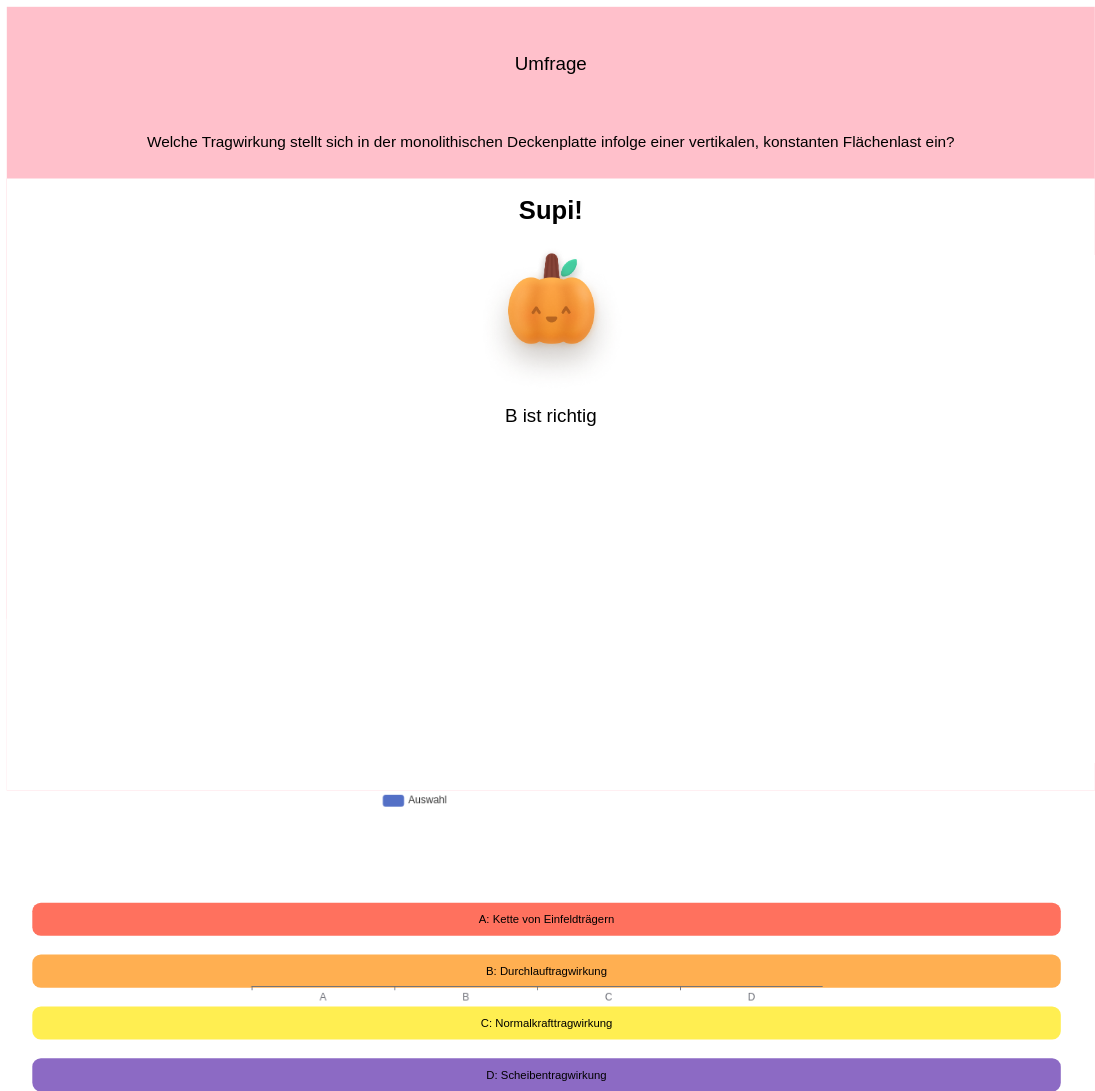
Repository: HyunraDate/Quinlan
Page: /Ergebnis1
The author's editor kept a copy of each file at every save. The page is drawn from the files as they stood at one save, then again after the next save.
The browser window is 1280 px wide. The page is 1288 px wide, so the pictures cover 1288 px, including what lies to the right of the window. The pictures show the whole page, at 85% of full size.
The page's requests for data from a server got no answer. The project was rebuilt for these pictures with package versions that can differ from the ones it lists, and the page was loaded fresh each time. No one was signed in, and anything a server would have sent is missing. Also part of the build but not shown: vite.config.js, src/views/Ergebnis2.vue, src/views/Erklaerung.vue.

Above is the page before, as saved 2023-07-25 14:24:02.

### index.html
<!DOCTYPE html>
<html lang="en">
  <head>
    <meta charset="UTF-8" />
    <link rel="icon" type="image/svg+xml" href="/vite.svg" />
    <meta name="viewport" content="width=device-width, initial-scale=1.0" />
    <title>Vite + Vue</title>
  </head>
  <body>
    <div id="app"></div>
    <script type="module" src="/src/main.js"></script>
    <script
    src="https://cdnjs.cloudflare.com/ajax/libs/echarts/5.4.1/echarts.min.js"
    integrity="sha512-OTbGFYPLe3jhy4bUwbB8nls0TFgz10kn0TLkmyA+l3FyivDs31zsXCjOis7YGDtE2Jsy0+fzW+3/OVoPVujPmQ=="
    crossorigin="anonymous"
    referrerpolicy="no-referrer">
    </script>

  </body>
</html>

### src/main.js
import { createApp } from 'vue'
// import './style.css'
import './utils/rem'
import App from './views/FragePage.vue'
import router from './router'
import * as echarts from 'echarts/core'

const app=createApp(App)//用const = 去挂载
app.use(router) //要先use哦
app.provide("ec", echarts);

// app.config.globalProperties.$axios = axios.create({
//     baseURL: 'http://localhost:8000', // 设置axios的基本URL
//     headers: {
//     // 设置axios请求的头部信息
//     }
// });

//createApp(app).mount('#app')
app.mount('#app')

### src/utils/rem.js
//rem等比适配配置文件
// 基准大小
const baseSize = 16
// 设置 rem 函数
function setRem () {
        // 当前页面宽度相对于 1920宽的缩放比例，可根据自己需要修改。
    const scale = document.documentElement.clientWidth / 1920
    // 设置页面根节点字体大小（“Math.min(scale, 2)” 指最高放大比例为2，可根据实际业务需求调整）
    document.documentElement.style.fontSize = baseSize * Math.min(scale, 2) + 'px'
    // 初始化
    setRem()
    // 改变窗口大小时重新设置
    rem.window.onresize = function () { setRem() }
}

### src/views/FragePage.vue
<!-- <template>
    <div>
    <div class="flex-col page">
        <div class="flex-col items-center">
          span class="font_1">Umfrage</span>
      <br/>

      <body onload="run()">
        wird in <span id="spanId" style="color:#FE9637">60</span>Sekunden springen!
      </body>
    </div>
</template> -->
<script>
// import { useStore } from '@store/index'
// //先引入useRouter
// import { useRouter } from 'vue-router'

// export default {
//   const store = useStore()
//   const router = useRouter()
//   //通过定义一个方法，使用Router进行跳转
//   const test =()=>
//   router.push()
// }

// import { useRouter , useRoute } from 'vue-router'

// setup(){
//     const $router=useRouter()
//     const $route=useRoute()

//     // 对象 $router.push()可以向history对象添加新记录
//     $router.push({ path: 'Ergebnis1' })
// }


// return {
//   store,
//   //这里暴露test方法
//   test
// }
// 页面一加载完成，该方法就会执行
// 读秒，一秒钟数字改变一次

// export default { 唔可以系setup度用
//   methods: {
//     scrollTo(target) {
//       const element = this.$refs[target];
//       element.scrollIntoView({ behavior: 'smooth' });
//     }
//   }
// }

var x = 60;
var select = "Step3.html";

function run(){
  // 获取到的是span标签的对象
  var span = document.getElementById("spanId");
  // 获取span标签中间的文本
  span.innerHTML = x;
  x--;
  // 再让run方法执行呢，一秒钟执行一次
  if(x < 0)window.location = select;
  else window.setTimeout("run()", 1000);

};

function test(click){
  select = click;
}

export default {
  data() {
    return {
      isDisabled: false,
      showButton: true,
    };
  },
  //Falls du die Btns nicht zeigen möchtest
  // beforeRouteEnter(to, from, next) {
  //   next(vm => {
  //     vm.showButton = false
  //   })
  // },
  // mounted() {
  //   // 在页面加载时显示按钮
  //   this.showButton = true;
  // },
  // beforeDestroy() {
  //   // 在页面销毁之前隐藏按钮
  //   this.showButton = false;
  // },

  methods:{
    option1:function(){
      console.log(this.$router);
      // this.$router.plus('/') 这里跳转不了欸
      //this.$router.push({path:"/"}) //传入对象 但也跳转不了欸 push!唔系plus啊死蠢！
      //this.showButton = false;

      //带参数
      this.$router.push({path:'/Ergebnis1'}) //成功跳转了！！okok!!
      //this.$router.push({name:"almond",params:{id:Chocolat}}) //传参 这里传不到欸 // 试一下传right
      },

      option2:function(){
        console.log(this.$router);
        //this.showButton = false; //hier zeigt die Button nicht mehr, wie du möchtest

        //带参数
        this.$router.push({path:'/Ergebnis2'}) //成功跳转了！！okok!!
        //如果要动态传参

        //this.$router.push({name:"Ergebnis2",params:{id:A}}) //传参 这里传不到欸 // 试一下传worong
      },

      onClick() {
        // 在点击事件监听器中禁用按钮
        this.isDisabled = true;
        // 在每个按钮上使用 v-bind:disabled 指令，将其值绑定为 isDisabled，
        //当 isDisabled 为 true 时，按钮将被禁用。
        console.log("Button clicked")
      },
  },


}
</script>

<template>
<body >
<div>
  <!-- <div class="flex-col page"> </div>  太占位啦！-->
    <div class="flex flex-col items-center">
    <br/><br/><br/>
    <span class="font_1">Umfrage</span>
    <!--style="{
      margin: 0;
      font-size: 1.38rem;
      font-family: Inter;
      line-height: 1.63rem;
      color: #000000;
      font-family: 'Work Sans', sans-serif;
      text-align: center;
      }"-->
    <br/><br/>
    <!-- <br/><br/> -->
    <span class="text">
    Welche Tragwirkung stellt sich in der monolithischen Deckenplatte infolge einer vertikalen, konstanten
    Flächenlast ein?
    <br/>
    </span>
  <router-view/>

<!-- onload="run()" 这里加载不了 这个onload function欸-->
<!-- wird in <span id="spanId" style="color:#FE9637">60</span>Sekunden springen! -->
</div>



<!-- 要页面跳转了
1、 router-link: <router-link to='/testDemo'>
                <button>点击跳转2</button>
                </router-link>

2、 this.$router.push('/a')
3、 get params ->  console.log(this.$route.params.a); -->
<div class="flex-col group space-y-22">

  <!-- <router-link to="Ergebnis2"><button class="flex-col justify-start items-center text-wrapper " type="submit">A: Kette von Einfeldträgern</button></router-link> -->
  <!-- <button class="flex-col justify-start items-center text-wrapper " type="submit" a href="Step3.html">A: Kette von Einfeldträgern</button> -->


  <!-- <router-link to="Ergebnis1"><button class="flex-col justify-start items-center text-wrapper_2 " type="submit">B: Durchlauftragwirkung</button></router-link> -->

  <!-- <router-link to="Ergebnis2"><button class="flex-col justify-start items-center text-wrapper_3" type="button">C: Normalkrafttragwirkung</button>
  </router-link> -->
<button v-on:click="onClick" :disabled="isDisabled" v-if="showButton" id ="A" class="flex-col justify-start items-center text-wrapper " type="submit" @click="option2">A: Kette von Einfeldträgern</button>

<button v-on:click="onClick" :disabled="isDisabled" v-if="showButton" id ="B" class="flex-col justify-start items-center text-wrapper_2" type="button" @click="option1">B: Durchlauftragwirkung</button>

<button v-on:click="onClick" :disabled="isDisabled" v-if="showButton" id ="C" class="flex-col justify-start items-center text-wrapper_3" type="button" @click="option2">C: Normalkrafttragwirkung</button>

<button v-on:click="onClick" :disabled="isDisabled" v-if="showButton" id ="D" class="flex-col justify-start items-center text-wrapper_4" type="button" @click="option2">D: Scheibentragwirkung</button>
</div>
</div>

</body>
</template>

<style scoped>
@import url("../css/halloween.css"); /*src = . */
/* .font_1{ /* didnt work
  position: center;
  } */

/*
使用深度选择器来写使样式生效。
有两种写法：

.a >>> .b {}
.a /deep/ .b
当你子组件使用了 scoped 但在父组件又想修改子组件的样式可以 通过 >>> 来实现：

<style scoped>
.a >>> .b { /* ...


将会编译成
.a[data-v-f3f3eg9] .b {
  /* ... */

</style>

### src/css/halloween.css
/* 语法 @media mediaType and|not|only (media feature) {
  /*CSS-Code;*/
  /* 3、css中的vh和vm
  vh和vm是相对视口区域的宽高，即浏览器可视区域

  vw：1vw等于视口宽度的1%。
  vh：1vh等于视口高度的1%。

  使用场景：页面头部和尾部固定，中间内容若高度超出，则出现滚动条，但是整个页面不出现滚动条，
  在此情况下就要计算中间内容的高度，可以使用vh解决 */

  /* :root { why didnt work??
  font-family: 'Work Sans', sans-serif;
  line-height: 1.5;
  font-weight: 400;

  color-scheme: light dark;
  color: rgba(255, 255, 255, 0.87);
  background-color: #242424;

  font-synthesis: none;
  text-rendering: optimizeLegibility;
  -webkit-font-smoothing: antialiased;
  -moz-osx-font-smoothing: grayscale;
  -webkit-text-size-adjust: 100%;
  } */

  /* // 最大宽度为1280 （width-max: 1280）*/
@media (width: 100vw) {
  html {
    font-size: 1.88rem;
    font-weight: 500;
    font-family: 'Work Sans', sans-serif;
  }

  body {
    background: pink;
    height:100vh;
    margin: 0;
    -webkit-font-smoothing: antialiased;
    -moz-osx-font-smoothing: grayscale;

  }

  body * {
    box-sizing: border-box;
    flex-shrink: 0;
  }

  button {
    border-width: 0px;
    border-radius: 0.63rem;
  }
  button:hover{
    border:2px solid #FE9637;
    box-shadow:rgba(251, 161, 72, 0.66) 0 0 5px;
    transition:all .2s;
  }
  .flex-row {
    display: flex;
    flex-direction: row;
  }

  .flex-col {
    display: flex;
    flex-direction: column;
  }

  .justify-start {
    justify-content: flex-start;
  }

  .justify-end {
    justify-content: flex-end;
  }

  .justify-center {
    justify-content: center;
  }

  .justify-between {
    justify-content: space-between;
  }

  .justify-around {
    justify-content: space-around;
  }

  .justify-evenly {
    justify-content: space-evenly;
  }

  .items-start {
    align-items: flex-start;
  }

  .items-end {
    align-items: flex-end;
  }

  .items-center {
    align-items: center;
  }

  .items-baseline {
    align-items: baseline;
  }

  .items-stretch {
    align-items: stretch;
  }

  .self-start {
    align-self: flex-start;
  }

  .self-end {
    align-self: flex-end;
  }

  .self-center {
    align-self: center;
  }

  .self-baseline {
    align-self: baseline;
  }

  .self-stretch {
    align-self: stretch;
  }

  .flex-1 {
    flex: 1 1 0%;
  }

  .flex-auto {
    flex: 1 1 auto;
  }

  .grow {
    flex-grow: 1;
  }

  .grow-0 {
    flex-grow: 0;
  }

  .shrink {
    flex-shrink: 1;
  }

  .shrink-0 {
    flex-shrink: 0;
  }

  .relative {
    position: relative;
  }

  /* .page {
    padding: 8.63rem 3.38rem 16.31rem 4rem;
    background-color: #ffffff;
    width: 100%;
    overflow-y: auto;
    overflow-x: hidden;
    height: 100%;
  } */
  .font_1 {
    font-size: 3.38rem;
    font-family: Inter;
    line-height: 1.63rem;
    color: #000000;
    font-family: 'Work Sans', sans-serif;
    text-align: center;
  }

  .text {
    margin: 2rem;
    color: #000000;
    font-size: 1.13rem;
    font-family: Inter;
    line-height: 1.38rem;
    text-align: center;
    font-family: 'Work Sans', sans-serif;
  }
  .group {
    margin-top: 8.25rem;
    padding: 0 1.88rem;
  }
  .space-y-22 > *:not(:first-child) {
    margin-top: 1.38rem;
  }
  .text-wrapper {
    margin-right: 0.63rem;
    padding: 0.75rem 0;
    background-color: #FF715E;
  }
  .font_2 {
    font-size: 1rem;
    font-family: Inter;
    line-height: 0.97rem;
    color: #000000;
    font-family: 'Work Sans', sans-serif;
  }
  .text-wrapper_2 {
    margin-right: 0.63rem;
    padding: 0.75rem 0;
    background-color: #ffaf51;
    outline: none;
  }
  .text-wrapper_3 {
    margin-right: 0.63rem;
    padding: 0.75rem 0;
    background-color: #FFEE51;
  }
  .text-wrapper_4 {
    margin-right: 0.63rem;
    padding: 0.75rem 0;
    background-color: #8C6AC4;
  }
}
/* // 200px为头部加尾部高度 */


  /* // 宽度为1281-1366之间
@media (min-width: 1281px) and (max-width: 1366px) {
  body {
    background: red;
  }
}

/* // 最小宽度为1441  */
/* @media (min-width: 1441px) {
  body {
    background: green;
  }
} */


html {
  font-size: 1.88rem;
  font-weight: 500;
  font-family: 'Work Sans', sans-serif;
}

body {
  margin: 0;
  -webkit-font-smoothing: antialiased;
  -moz-osx-font-smoothing: grayscale;
  width: 100vw;
  height: 100vh;
}

body * {
  box-sizing: border-box;
  flex-shrink: 0;
}

button {
  border-width: 0px;
  border-radius: 0.63rem;
}
button:hover{
  border:2px solid #FE9637;
  box-shadow:rgba(251, 161, 72, 0.66) 0 0 5px;
  transition:all .2s;
}
.flex-row {
  display: flex;
  flex-direction: row;
}

.flex-col {
  display: flex;
  flex-direction: column;
}

.justify-start {
  justify-content: flex-start;
}

.justify-end {
  justify-content: flex-end;
}

.justify-center {
  justify-content: center;
}

.justify-between {
  justify-content: space-between;
}

.justify-around {
  justify-content: space-around;
}

.justify-evenly {
  justify-content: space-evenly;
}

.items-start {
  align-items: flex-start;
}

.items-end {
  align-items: flex-end;
}

.items-center {
  align-items: center;
}

.items-baseline {
  align-items: baseline;
}

.items-stretch {
  align-items: stretch;
}

.self-start {
  align-self: flex-start;
}

.self-end {
  align-self: flex-end;
}

.self-center {
  align-self: center;
}

.self-baseline {
  align-self: baseline;
}

.self-stretch {
  align-self: stretch;
}

.flex-1 {
  flex: 1 1 0%;
}

.flex-auto {
  flex: 1 1 auto;
}

.grow {
  flex-grow: 1;
}

.grow-0 {
  flex-grow: 0;
}

.shrink {
  flex-shrink: 1;
}

.shrink-0 {
  flex-shrink: 0;
}

.relative {
  position: relative;
}

.page {
  padding: 8.63rem 3.38rem 16.31rem 4rem;
  background-color: #ffffff;
  width: 100%;
  overflow-y: auto;
  overflow-x: hidden;
  height: 100%;
}
.font_1 {
  font-size: 1.38rem;
  font-family: Inter;
  line-height: 1.63rem;
  color: #000000;
  font-family: 'Work Sans', sans-serif;
}
.text {
  margin-top: 2rem;
  color: #000000;
  font-size: 1.13rem;
  font-family: Inter;
  line-height: 1.38rem;
  text-align: center;
  font-family: 'Work Sans', sans-serif;

}
.group {
  margin-top: 8.25rem;
  padding: 0 1.88rem;
}
.space-y-22 > *:not(:first-child) {
  margin-top: 1.38rem;
}
.text-wrapper {
  margin-right: 0.63rem;
  padding: 0.75rem 0;
  background-color: #FF715E;
}
.font_2 {
  font-size: 1rem;
  font-family: Inter;
  line-height: 0.97rem;
  color: #000000;
  font-family: 'Work Sans', sans-serif;
}
.text-wrapper_2 {
  margin-right: 0.63rem;
  padding: 0.75rem 0;
  background-color: #ffaf51;
  outline: none;
}
.text-wrapper_3 {
  margin-right: 0.63rem;
  padding: 0.75rem 0;
  background-color: #FFEE51;
}
.text-wrapper_4 {
  margin-right: 0.63rem;
  padding: 0.75rem 0;
  background-color: #8C6AC4;
}

### src/views/Ergebnis1.vue
<template>
  <html lang="en">
    <!-- <head>
    <meta charset="UTF-8" />
    <meta http-equiv="X-UA-Compatible" content="IE=edge" />
    <meta name="viewport" content="width=device-width, initial-scale=1.0" />
    <title>codefun</title>
    <link rel="stylesheet" href="./Step3.Ai.css" /> -->

    <!-- 需要需要！ 就算——我在main.js已经import了echarts了
    <script src="node_modules/echarts/dist/echarts.min.js"></script>
    <script src="https://cdnjs.cloudflare.com/ajax/libs/echarts/5.4.1/echarts.min.js"
    integrity="sha512-OTbGFYPLe3jhy4bUwbB8nls0TFgz10kn0TLkmyA+l3FyivDs31zsXCjOis7YGDtE2Jsy0+fzW+3/OVoPVujPmQ=="
    crossorigin="anonymous"
    referrerpolicy="no-referrer"></script>

  </head>-->
    <body>
      <div class="flex-col items-center page">
        <span class="text">Supi!</span>
        <img src="../images/right.png" img class="image" @click="goPage" />
        <span class="text_2">B ist richtig</span>
      </div>

      <!--为Chart准备定义了宽高的DOM-->
      <!-- <div class="echartsBox" ref="echartsBox"> 初始化Echarts 峰华老师的方法 使用props传参 -->
      <div
        id="myEcharts"
        ref="echartsBox"
        :style="// muss hier id & ref gleich?
        {
          width: '75%',
          height: '300px',
          // margin: auto,
          // display: flex,
          // justify-content: center,
          // align-items: center
        }"
      >
        <!-- //<canvas data-zr-dom-id="zr_0" //报错了
      // width:"293px",
      // height:"422px",
      // position: absolute,
      // left: "0px",
      // top: "0px",
      // user-select: none,
      // -webkit-tap-highlight-
      // color: rgba(0, 0, 0, 0),
      // padding: "0px",
      // margin: "0px",
      // border-width: "0px">
      width: '75%',
      height: '100%',
      margin: 0,</canvas> -->
      </div>
    </body>
  </html>

  <!-- <div> -->
  <!-- <a href="../views/Erklaerung.vue" target="_blank"> -->
  <!-- <img src="../images/right.png" class="richtig" alt="Vite logo" @click="goPage"/> -->
  <!-- </a> -- Vue不用a标签的>
    <a href="https://vuejs.org/" target="_blank">
      <img src="../assets/vue.svg" class="logo vue" alt="Vue logo" />
    </a> -->
  <!-- </div> -->
  <!-- <HelloWorld msg="Vite + Vue" /> -->
</template>

<script>
import * as echarts from "echarts";
import { reactive, ref, onMounted, onUnmounted, nextTick } from "vue";
import axios from "axios";

export default {
  methods: {
    goPage: function () {
      console.log(this.$router);
      // this.$router.plus('/') 这里跳转不了欸
      //this.$router.push({path:"/"}) //传入对象 但也跳转不了欸 push!唔系plus啊死蠢！

      //带参数
      this.$router.push({ path: "/Erklaerung" }); //成功跳转了！！okok!!
      //this.$router.push({name:"almond",params:{id:Chocolat}}) //传参 这里传不到欸
    },
  },

  setup() {
    let chart;

    var state = reactive({
      data: [], //这里定义了data的类型是array
      dataType: "json", //返回数据形式为json but didnt work?
      option: {
        // title: {
        //   text: "Umfrage",
        //   color: "#FE9637",
        // },
        tooltip: {},
        legend: {
          //data: ["Auswahl"],
          //series里面有name值， legend里面的data可以删掉
        },
        grid: {
          left: "30%",
          top: "10%",
          right: "auto", //ok了！？
          // left: left,
          // top: top,
          // right: 'auto',
          // bottom: 'auto',
          containLebel: true, //显示刻度，不显示就false
        },

        style: {
          width: "75%",
          height: "100%",
          margin: 0,
          //到底写在哪里啊style@media
        },

        xAxis: {
          type: "category",
          data: ["A", "B", "C", "D"],
        },
        yAxis: {
          type: "value",
          //data: state.values, 这里不显示的 要在下面series显示
        },
        series: [
          {
            name: "Auswahl",
            type: "bar",
            data: [],
            //If 传的是Proxy对象，proxy代理了Child对象，所以我们访问的是proxy代理对象的自身属性，因此不需要.value
            //ref的值在 JS/TS 中读取和修改时，需要使用 .value获取，在模版中读取是，不需要使用 .value
            itemStyle: {
              //通常情况下：
              normal: {
                //每个柱子的颜色即为colorList数组里的每一项，如果柱子数目多于colorList的长度，则柱子颜色循环使用该数组
                color: function (params) {
                  var colorList = [
                    "#ff715e",
                    "#ffaf51",
                    "#ffee51",
                    "#8c6ac4",
                    "#715c87",
                  ];
                  return colorList[params.dataIndex];
                },
              },
              //鼠标悬停时：
              emphasis: {
                shadowBlur: 10,
                shadowOffsetX: 0,
                shadowColor: "rgba(251, 161, 72, 0.66)",
              },
            },
          },
        ],
      },
    });

    /// 声明定义一下echart
    let echart = echarts;

    onMounted(() => {
      initChart(); //initChart报错惹
      axios
        .get("http://localhost:8000/question1")
        .then((res) => {
          // state.data = res.data;
          state.option.series[0].data = res.data;
          nextTick(() => {
            chart.setOption(state.option);
          });
        })
        .catch((error) => {
          console.log(error); //没有报错表示成功了！
        });
    });

    onUnmounted(() => {
      echart.dispose;
    });

    // 基础配置一下Echarts
    function initChart() {
      chart = echart.init(document.getElementById("myEcharts")); //initChart报错惹
      // 把配置和数据放这里
      chart.setOption(state.option);

      //Pink老师教的方法
      window.addEventListener("resize", function () {
        chart.resize();
      });
    }
    onUnmounted(() => {
      chart.dispose();
    });
    return { initChart, state };
  },
};
</script>

<style scoped>
@import url("../css/Step3b.css"); /*src = . */
</style>

### src/css/Step3b.css
@media (width: 100vw) {
  html {
    font-size: 16px;
  }

  body {
    background: pink;
    margin: 0;
    font-family: -apple-system, BlinkMacSystemFont, 'Segoe UI', 'Roboto', 'Oxygen', 'Ubuntu', 'Cantarell', 'Fira Sans',
        'Droid Sans', 'Helvetica Neue', 'Microsoft Yahei', sans-serif;
    -webkit-font-smoothing: antialiased;
    -moz-osx-font-smoothing: grayscale;
    width: 100vw;
    height: 100vh;
  }

  body * {
    box-sizing: border-box;
    flex-shrink: 0;
  }

/*
html {
    font-size: 16px;
  }
   */
  /* body {
    margin: 0;
    font-family: -apple-system, BlinkMacSystemFont, 'Segoe UI', 'Roboto', 'Oxygen', 'Ubuntu', 'Cantarell', 'Fira Sans',
      'Droid Sans', 'Helvetica Neue', 'Microsoft Yahei', sans-serif;
    -webkit-font-smoothing: antialiased;
    -moz-osx-font-smoothing: grayscale;
    width: 100vw;
    height: 100vh;
  } */

  body * {
    box-sizing: border-box;
    flex-shrink: 0;
  }

  .echarts-box {
    text-align:center;
  }

  /* canvas {
    text-align:center;
  } */

  .flex-row {
    display: flex;
    flex-direction: row;
  }

  .flex-col {
    display: flex;
    flex-direction: column;
  }

  .justify-start {
    justify-content: flex-start;
  }

  .justify-end {
    justify-content: flex-end;
  }

  .justify-center {
    justify-content: center;
  }

  .justify-between {
    justify-content: space-between;
  }

  .justify-around {
    justify-content: space-around;
  }

  .justify-evenly {
    justify-content: space-evenly;
  }

  .items-start {
    align-items: flex-start;
  }

  .items-end {
    align-items: flex-end;
  }

  .items-center {
    align-items: center;
  }

  .items-baseline {
    align-items: baseline;
  }

  .items-stretch {
    align-items: stretch;
  }

  .self-start {
    align-self: flex-start;
  }

  .self-end {
    align-self: flex-end;
  }

  .self-center {
    align-self: center;
  }

  .self-baseline {
    align-self: baseline;
  }

  .self-stretch {
    align-self: stretch;
  }

  .flex-1 {
    flex: 1 1 0%;
  }

  .flex-auto {
    flex: 1 1 auto;
  }

  .grow {
    flex-grow: 1;
  }

  .grow-0 {
    flex-grow: 0;
  }

  .shrink {
    flex-shrink: 1;
  }

  .shrink-0 {
    flex-shrink: 0;
  }

  .relative {
    position: relative;
  }

  .page {
    padding: 1.5rem ; /* 调整上下边距的值(hier 四边都是1.5rem) 原值：31.38rem */
    /* padding-top: 2rem; /* 调整上边距大小 */
    /* padding-bottom: 2rem; /* 调整下边距大小 */
    background-color: #ffffff;
    width: 100%;
    overflow-y: auto;
    overflow-x: hidden;
    height: 100%;
  }
  .text {
    color: #000000;
    font-size: 1.88rem;
    font-family: Inter;
    font-weight: 700;
    line-height: 1.81rem;
    font-family: 'Work Sans', sans-serif;
  }
  .image {
    margin-top: 1.63rem;
    width: 11.13rem;
    height: 10.81rem;
  }
  .text_2 {
    margin-top: 1rem;
    color: #000000;
    font-size: 1.38rem;
    font-family: Inter;
    line-height: 1.34rem;
    font-family: 'Work Sans', sans-serif;
  }
}

Loaded but not shown: src/router/index.js (136 lines, source omitted)

After the next save:
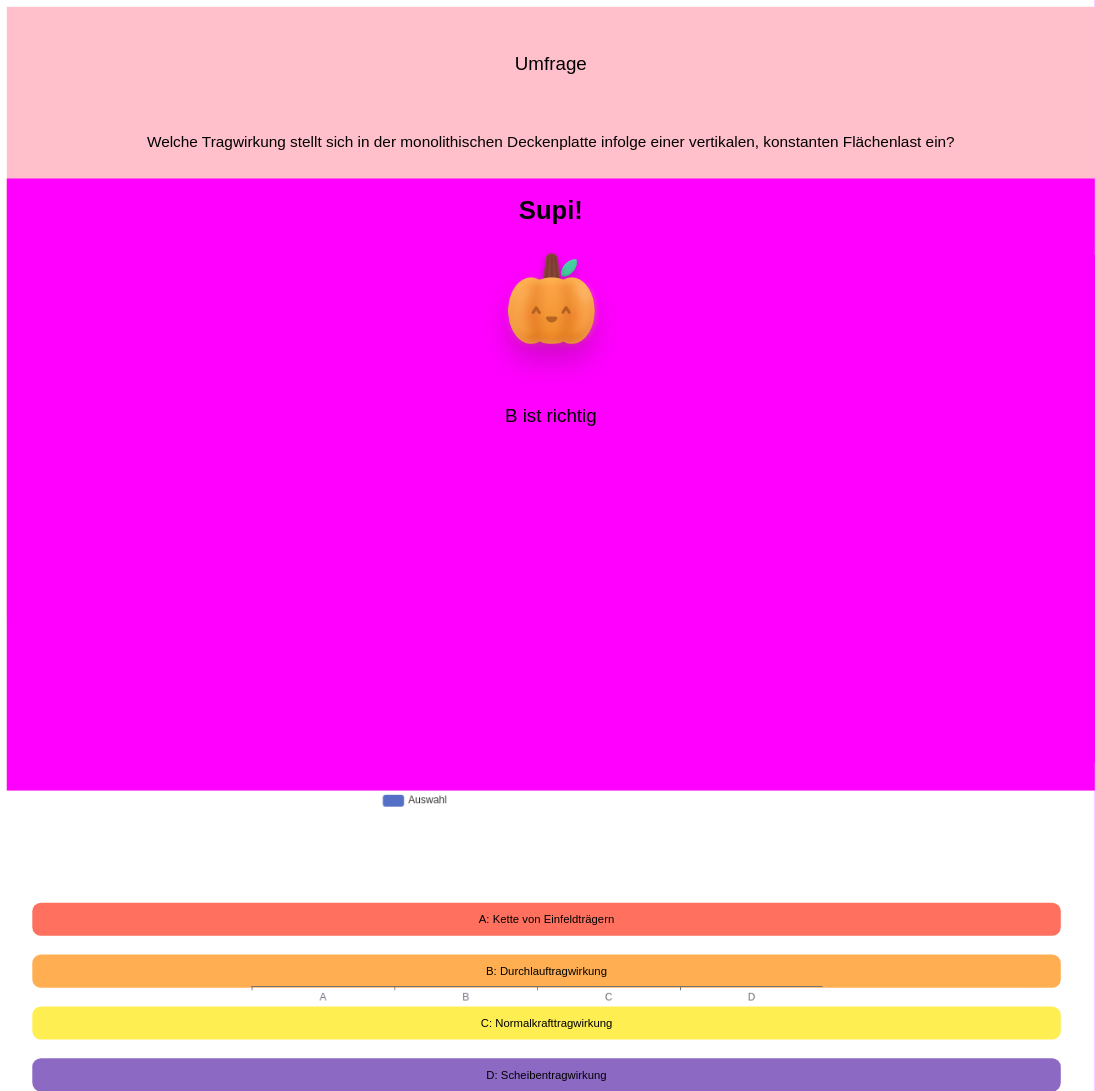
Saved 5 min 37 s later.
--- a/src/css/Step3b.css
+++ b/src/css/Step3b.css
@@ -153,7 +153,7 @@ html {
     padding: 1.5rem ; /* 调整上下边距的值(hier 四边都是1.5rem) 原值：31.38rem */
     /* padding-top: 2rem; /* 调整上边距大小 */
     /* padding-bottom: 2rem; /* 调整下边距大小 */
-    background-color: #ffffff;
+    background-color: #ff00ff;
     width: 100%;
     overflow-y: auto;
     overflow-x: hidden;
